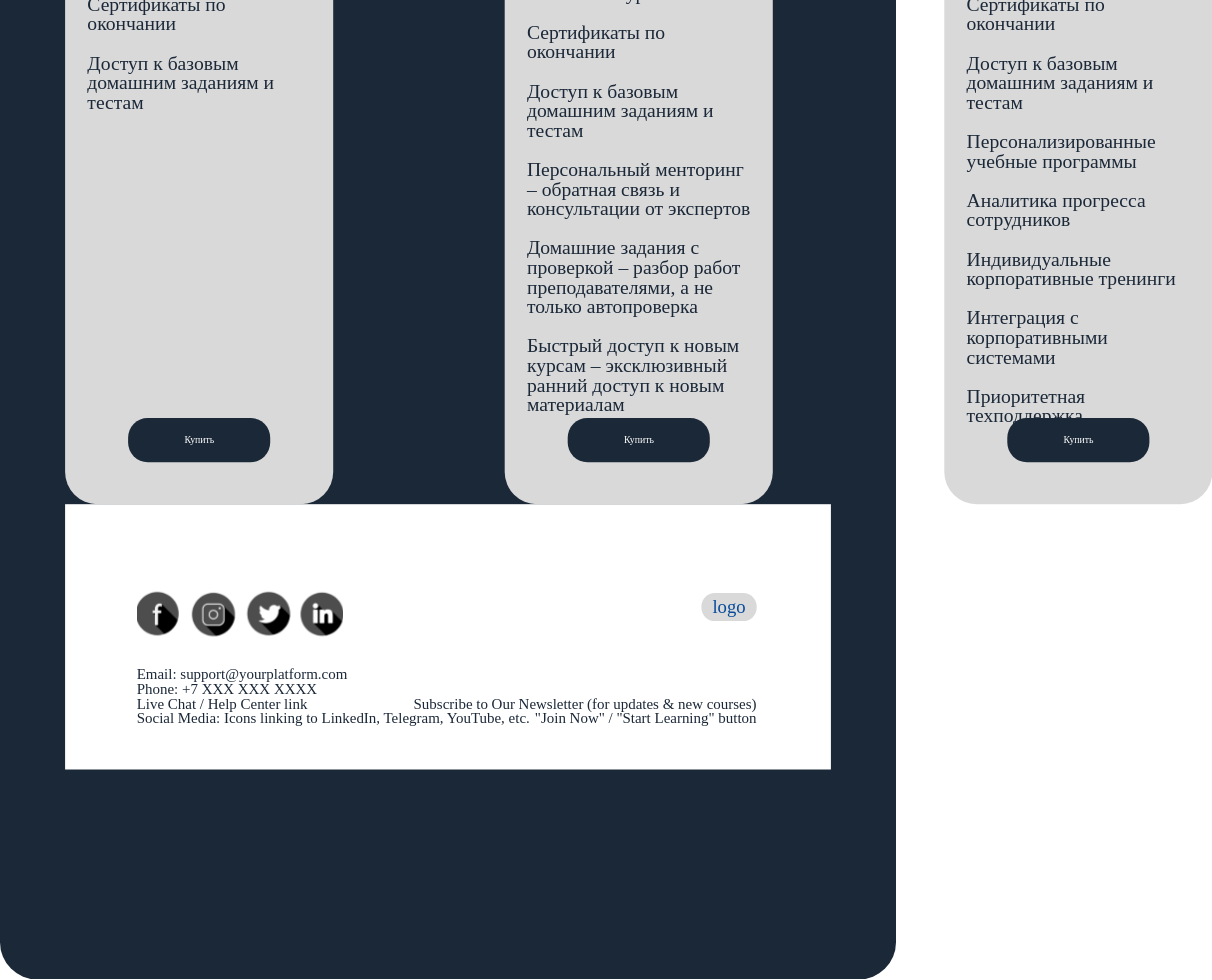
Repository: marjango/course
Page: /pricepage
These files come from the project's save history. The page is drawn as it stood at one moment and after the next save; the edit follows.
The browser window is 1280 px wide. The page is 1732 px wide, so the pictures cover 1732 px, including what lies to the right of the window. The pictures show the part of the page from y = 1005 to 2405 px (the page is 2405 px tall), at 70% of full size.
The project was rebuilt for these pictures with package versions that can differ from the ones it lists, and the page was loaded fresh each time. The framework's server and built-in components were replaced by stand-ins that run in the browser. Also part of the build but not shown: next.config.ts.

Above is the page before, as saved 2025-03-26 21:30:01.

### app/layout.tsx
import type { Metadata } from "next";
import "./globals.css";
import './fonts.css';


export const metadata: Metadata = {
  title: "сourse",
  description: "it course",
};

export default function RootLayout({
  children,
}: Readonly<{
  children: React.ReactNode;
}>) {
  return (
    <html lang="en">
      <body

      >
        {children}
      </body>
    </html>
  );
}

### app/pricepage/page.tsx
import React from "react";
import Image from "next/image";
import s from "./price.module.css";
import Link from "next/link";
import star from "./Star.svg";

const pricepage = () => {
  return (
    <>
      <div className={s.pricepage}>
        <div className={s.headerContainer}>
          <Link href="/" className={s.logo}>
            logo
          </Link>

          <div className={s.nav}>
            <Link href="#">Обучение</Link>
            <Link href="/coursespage">Курсы</Link>
            <Link href="#">Цены</Link>
            <Link href="#">О нас</Link>
            <Link href="#">Контакты</Link>
          </div>

          <Link href="#" className={s.personal}>
            Личный кабинет
          </Link>
        </div>
        <h1>Цены</h1>
        <div className={s.columns}>
          <div className={s.column}>
            <Image src={star} width={58} height={55} alt="star" />
            <h3>Базовая подписка (Standard Plan, $10–20/мес.)</h3>
            <ul>
              <li>Полный доступ к основным курсам</li>
              <br />
              <li>Сертификаты по окончании</li>
              <br />
              <li>Доступ к базовым домашним заданиям и тестам</li>
            </ul>
            <button>Купить</button>
          </div>
          <div className={s.column}>
            <Image src={star} width={58} height={55} alt="star" />
            <h3>Премиум подписка (Premium Plan, $30–50/мес.)</h3>
            <ul>
              <li>Полный доступ к основным курсам</li>
              <br />
              <li>Сертификаты по окончании</li>
              <br />
              <li>Доступ к базовым домашним заданиям и тестам</li>
              <br />
              <li>
                Персональный менторинг – обратная связь и консультации от
                экспертов
              </li>
              <br />
              <li>
                Домашние задания с проверкой – разбор работ преподавателями, а
                не только автопроверка
              </li>
              <br />
              <li>
                Быстрый доступ к новым курсам – эксклюзивный ранний доступ к
                новым материалам
              </li>
            </ul>
            <button>Купить</button>
          </div>
          <div className={s.column}>
            <Image src={star} width={58} height={55} alt="star" />
            <h3>Корпоративный доступ (Enterprise Plan, от $100/мес.)</h3>
            <ul>
              <li>Полный доступ к основным курсам</li>
              <br />
              <li>Сертификаты по окончании</li>
              <br />
              <li>Доступ к базовым домашним заданиям и тестам</li>
              <br />
              <li>Персонализированные учебные программы</li>
              <br />
              <li>Аналитика прогресса сотрудников</li>
              <br />
              <li>Индивидуальные корпоративные тренинги</li>
              <br />
              <li>Интеграция с корпоративными системами</li>
              <br />
              <li>Приоритетная техподдержка</li>
            </ul>
            <button>Купить</button>
          </div>
        </div>
        <footer className={s["white-footer"]}>
        <div className={s.items}>
          <div className={s.item}>
            <div className={s.socials}></div>
          </div>
          <div className={s.item}>
            <Link href="/" className={s.footerLogo}>
              logo
            </Link>
          </div>
          <div className={s.item}>
            <p>
              Email: support@yourplatform.com <br />
              Phone: +7 XXX XXX XXXX <br />
              Live Chat / Help Center link <br />
              Social Media: Icons linking to LinkedIn, Telegram, YouTube, etc.
            </p>
          </div>
          <div className={s.item}>
            <p>
              Subscribe to Our Newsletter (for updates & new courses) <br />
              "Join Now" / "Start Learning" button
            </p>
          </div>
        </div>
      </footer>
      </div>
    </>
  );
};

export default pricepage;

### app/globals.css
@import "tailwindcss";

* {
  font-family: 'Doloman Pavljenko';
}

h1 {
  font-family: 'Intro Friday', sans-serif;
  font-size: 3.39vw;
  line-height: 1.2;
  color: white;
  font-weight: bold;
  text-transform: uppercase;
}

### app/fonts.css
@font-face {
    font-family: 'Doloman Pavljenko';
    src: url("/public/fonts/DolomanPavljenko.otf") format('otf'),
    url("/public/fonts/DolomanPavljenko.otf") format('otf');
    font-weight: normal;
    font-style: normal;
  }

   @font-face {
     font-family: "Intro Friday";
     src: url("/public/fonts/Intro\ Friday\ Regular.ttf") format("ttf"),
     url("/public/fonts/Intro\ Friday\ Regular.ttf") format("ttf");
     font-weight: normal;
     font-style: normal;
   }

### app/pricepage/price.module.css
.pricepage {
    width: 100%;
    height: auto;
    padding: 7.03vw 7.29vw 300px 7.29vw;
    background-color: #1b2838;
    display: flex;
    flex-direction: column;
    align-items: center;
    color: white;
    border-bottom-right-radius: 4.17vw;
    border-bottom-left-radius: 4.17vw;
}
.pricepage h1 {
    margin-top: 230px;
    margin-bottom: 170px;
}
.headerContainer {
    background: transparent;
    display: flex;
    justify-content: space-between;
    align-items: center;
    width: 100%;
  }

  .logo {
    padding: 0.52vw 1.35vw;
    background-color: #d9d9d9;
    border: none;
    border-radius: 1.51vw;
    color: #064b9b;
    font-size: 2.08vw;
    line-height: 2.08vw;
    font-weight: 300;
  }

  .nav {
    margin-left: 17.08vw;
    justify-self: center;
    font-size: 1.82vw;
    font-weight: 300;
    display: flex;
    gap: 3.8vw;
  }

  .personal {
    margin-left: 5.57vw;
    background-color: #d9d9d9;
    width: 12.66vw;
    height: 3.13vw;
    display: flex;
    justify-content: center;
    align-items: center;
    border: none;
    border-radius: 1.51vw;
    color: black;
    font-size: 1.8vw;
    line-height: 1.8vw;
    font-weight: 300;
  }

.columns {
    margin: 0 auto;
    display: flex;
    gap: 245px;
}
.column {
    background-color: #D9D9D9;
    border-radius: 46px;
    display: flex;
    flex-direction: column;
    align-items: center;
    width: 383px;
    height: 1114px;
    color: #1b2838;
    position: relative;
}
.column img {
    margin-top: 27px;
    margin-bottom: 43px;
}

.column h3 {
    font-size: 40px;
    line-height: 40px;
    font-weight: 300;
    text-align: center;
    max-width: 320px;
}
.column ul{
    max-width: 320px;
    font-size: 28px;
    line-height: 28px;
    margin-top: 60px;
}
.column button {
    position: absolute;
    width: 203px;
    height: 63px;
    background-color: #1b2838;
    color: white;
    font-size: 14px;
    border: none;
    border-radius: 28px;
    bottom: 60px;
}

.white-footer {
    padding: 6.51vw 8.28vw 4.79vw 7.97vw;
    width: 100%;
    height: auto;
    background-color: white;
  }
  .items {
    display: grid;
    grid-template-columns: 1fr 1fr;
    grid-template-rows: 1fr 1fr;
    position: relative;
    height: 18.33vw;
  }
  .item {
    position: absolute;
  }
  .item p {
    font-size: 1.67vw;
    line-height: 1.67vw;
    font-weight: 300;
    color: #1b2838;
  }

  .item:nth-child(1) {
    top: 0;
    left: 0;
  }
  .item:nth-child(2) {
    top: 0;
    right: 0;
    margin-top: 3.44vw;
  }
  .item:nth-child(3) {
    bottom: 0;
    left: 0;
  }
  .item:nth-child(4) {
    bottom: 0;
    right: 0;
    text-align: right;
  }
  .socials {
    background-image: url(../mainpage/img/socials.svg);
    background-size: cover;
    background-position: center;
    background-repeat: no-repeat;
    width: 23vw;
    height: 11.51vw;
  }

  .footerLogo {
    width: 6.15vw;
    height: 3.13vw;
    border: none;
    border-radius: 1.51vw;
    font-size: 2.08vw;
    line-height: 2.08vw;
    font-weight: 300;
    color: #064b9b;
    background-color: #d9d9d9;
    display: inline-block;
    display: flex;
    justify-content: center;
    align-items: center;
  }

After the next save:
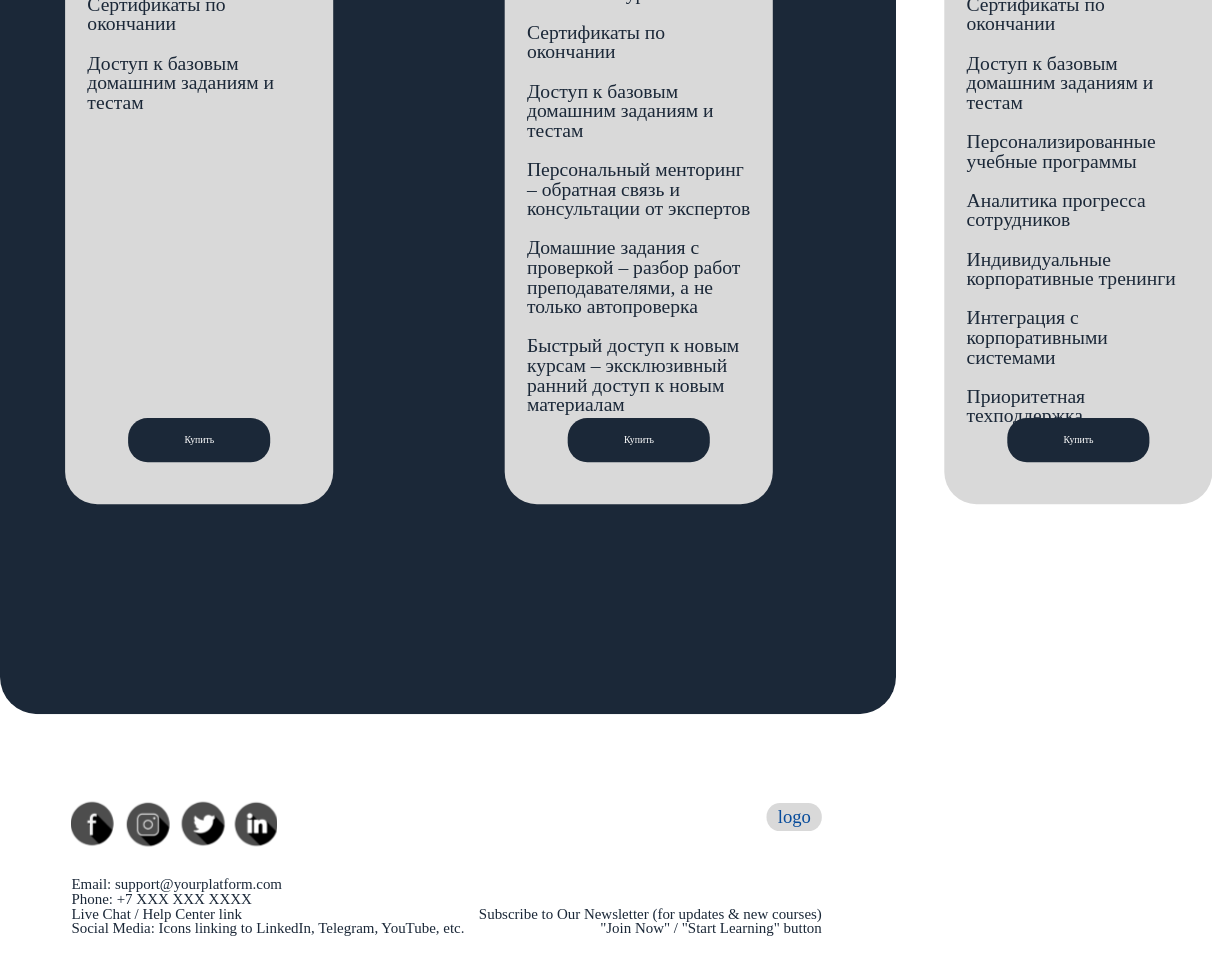
Saved 36 s later.
--- a/app/pricepage/page.tsx
+++ b/app/pricepage/page.tsx
@@ -89,7 +89,9 @@ const pricepage = () => {
             <button>Купить</button>
           </div>
         </div>
-        <footer className={s["white-footer"]}>
+
+      </div>
+      <footer className={s["white-footer"]}>
         <div className={s.items}>
           <div className={s.item}>
             <div className={s.socials}></div>
@@ -115,7 +117,6 @@ const pricepage = () => {
           </div>
         </div>
       </footer>
-      </div>
     </>
   );
 };
